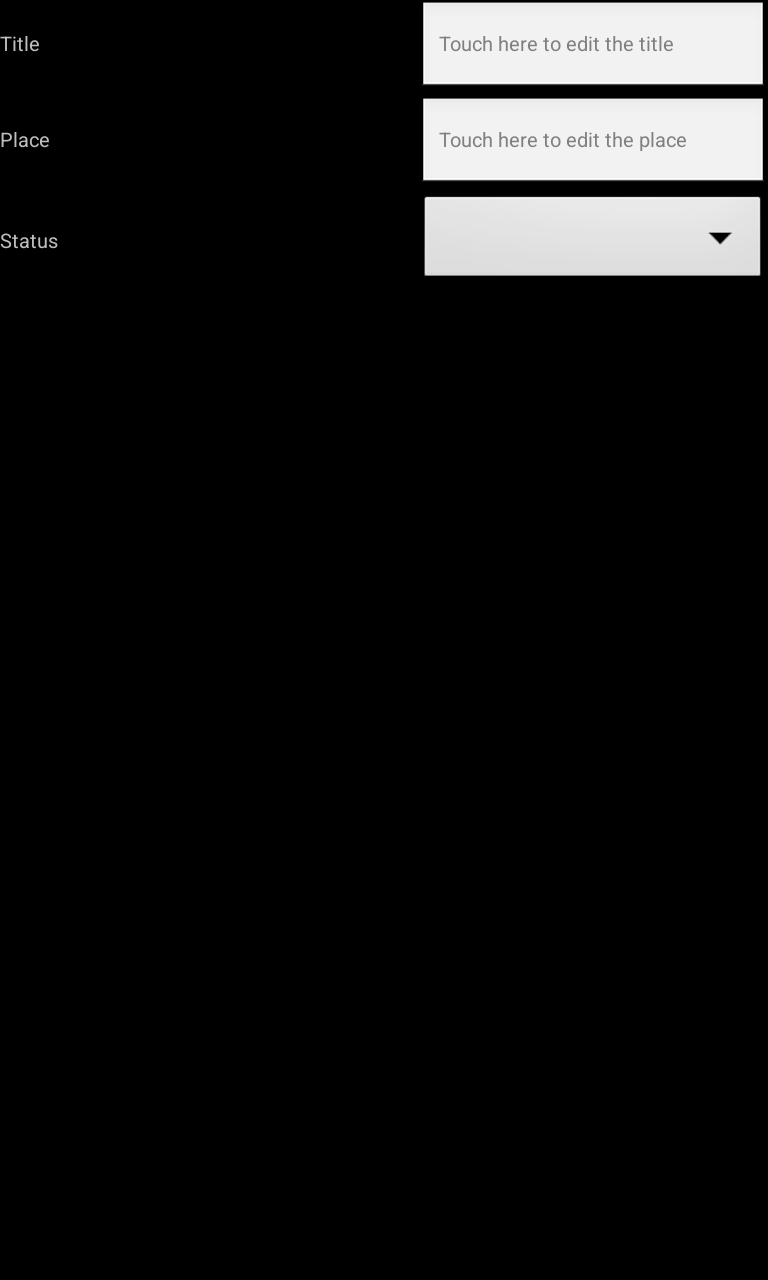
Repository: hilfialkaff/todo
Layout: ToDo_Replica/res/layout/add.xml
The author's editor kept a copy of each file at every save. The layout is drawn from the files as they stood at one save, then again after the next save.
It is drawn on a 768 x 1280 px phone screen (xhdpi) without system bars, with theme CustomTheme; the app's code is not run.

Above is the layout before, as saved 2011-03-18 01:39:31.

After the next save:
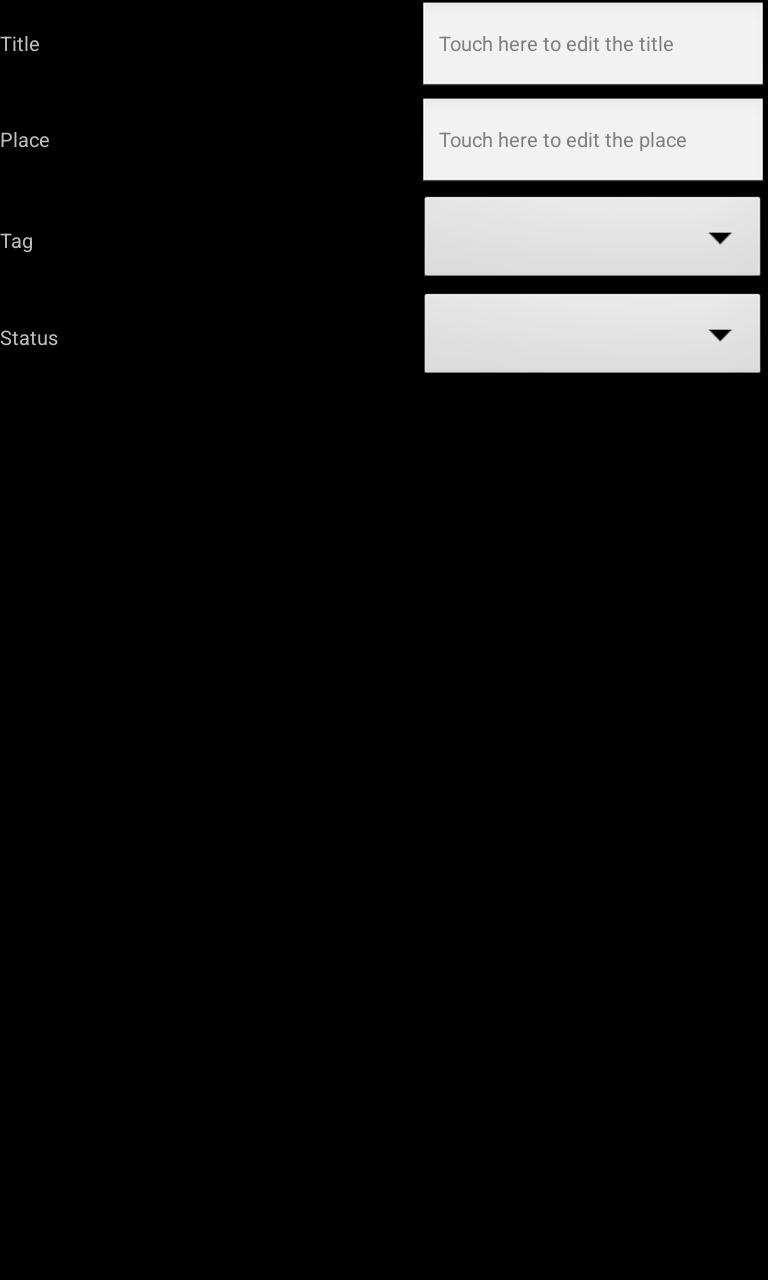
Saved 35 s later.
--- a/ToDo_Replica/res/layout/add.xml
+++ b/ToDo_Replica/res/layout/add.xml
@@ -52,6 +52,24 @@ android:scrollbars="vertical"
 		</EditText>
 	</TableRow>
 	<TableRow
+		android:id="@+id/tr_tag"
+		android:layout_width="fill_parent"
+		android:layout_height="wrap_content"
+		android:gravity="center_vertical">
+		<TextView
+			android:id="@+id/tv_status"
+			android:layout_width="wrap_content"
+			android:layout_height="wrap_content"
+			android:text="Tag"
+			android:textSize="20px">
+		</TextView>
+		<Spinner
+			android:id="@+id/s_tag"
+			android:layout_width="350px"
+			android:layout_height="wrap_content">
+		</Spinner>
+	</TableRow>
+	<TableRow
 		android:id="@+id/tr_status"
 		android:layout_width="fill_parent"
 		android:layout_height="wrap_content"
